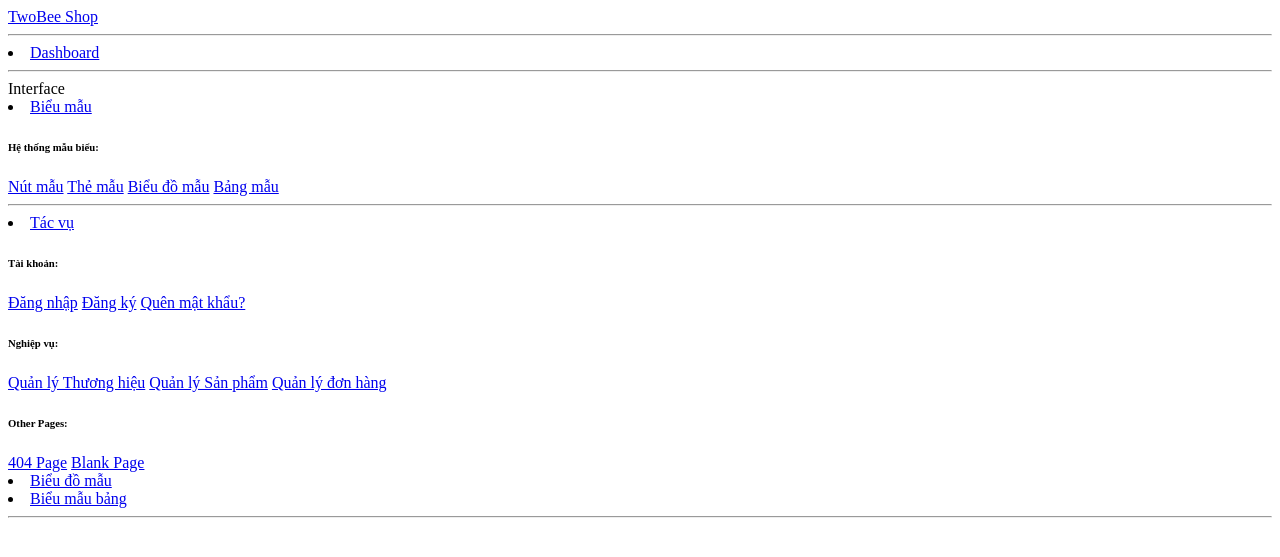
Repository: tuandh111/Java-6-asm
Page: Front-end/Java6_asm_/component/admin/sidebar.html
The author's editor kept a copy of each file at every save. The page is drawn from the files as they stood at one save, then again after the next save.
The browser window is 1280 px wide. The pictures show the whole page.

Above is the page before, as saved 2024-03-30 19:47:23.

After the next save:
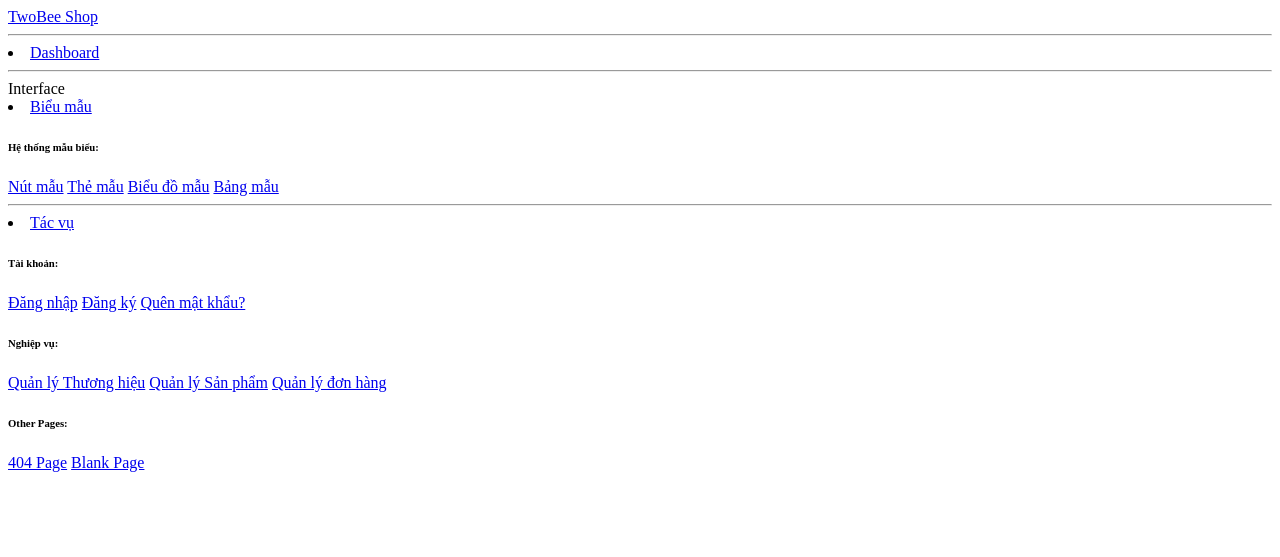
Saved 35 s later.
--- a/Front-end/Java6_asm_/component/admin/sidebar.html
+++ b/Front-end/Java6_asm_/component/admin/sidebar.html
@@ -79,35 +79,3 @@
         </div>
     </div>
 </li>
-
-<!-- Nav Item - Charts -->
-<li class="nav-item">
-    <a class="nav-link" href="#!/admin/charts">
-        <i class="fas fa-fw fa-chart-area"></i>
-        <span>Biểu đồ mẫu</span></a>
-</li>
-
-<!-- Nav Item - Tables -->
-<li class="nav-item">
-    <a class="nav-link" href="#!/admin/tables">
-        <i class="fas fa-fw fa-table"></i>
-        <span>Biểu mẫu bảng</span></a>
-</li>
-
-<!-- Divider -->
-<hr class="sidebar-divider d-none d-md-block">
-
-<!-- Sidebar Toggler (Sidebar) -->
-<!-- <div class="text-center d-none d-md-inline">
-    <button class="rounded-circle border-0" id="sidebarToggle"></button>
-</div> -->
-
-<!-- Sidebar Message -->
-<!-- <div class="sidebar-card d-none d-lg-flex">
-    <img class="sidebar-card-illustration mb-2" src="../../assets/admin/img/undraw_rocket.svg" alt="...">
-    <p class="text-center mb-2"><strong>SB Admin Pro</strong> is packed with premium features, components,
-        and more!</p>
-    <a class="btn btn-success btn-sm" href="https://startbootstrap.com/theme/sb-admin-pro">Upgrade to
-        Pro!</a>
-</div> -->
-<!-- End of Sidebar -->
